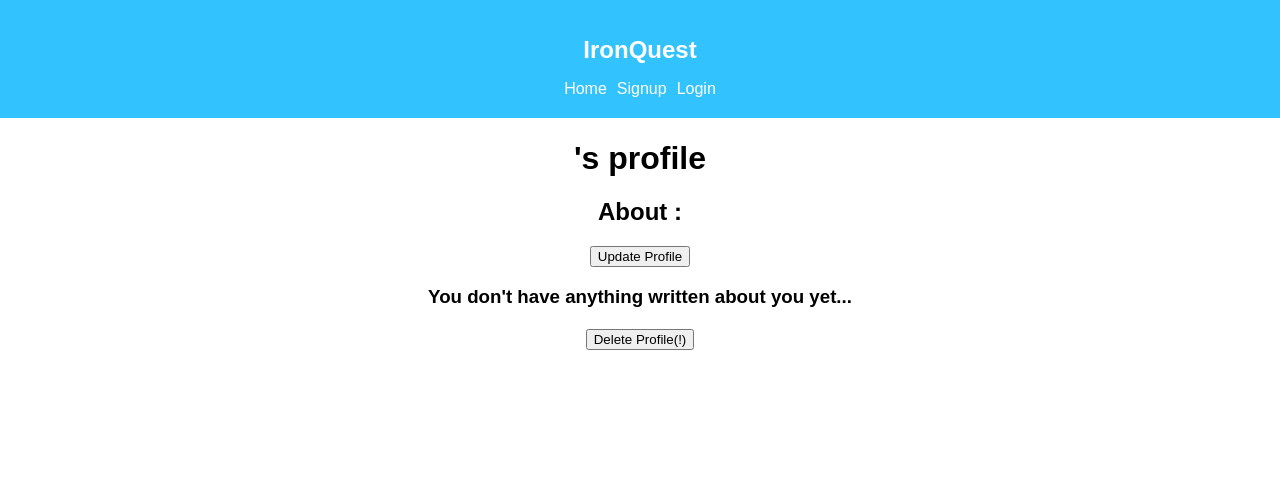
Repository: MikeTroianello/project4
Page: /profile (app in client/)
These files come from the project's save history. The page is drawn as it stood at one moment and after the next save; the edit follows.
The browser window is 1280 px wide. The pictures show the whole page.
The page's requests for data from a server got no answer. The project was rebuilt for these pictures with package versions that can differ from the ones it lists, and the page was loaded fresh each time. No one was signed in, and anything a server would have sent is missing. Also part of the build but not shown: client/src/components/pages/StoryPage.jsx, client/src/components/pages/CreateStory.jsx, client/src/components/pages/ReadStory.jsx, client/src/components/pages/Home.jsx, client/src/components/pages/Login.jsx, client/src/components/pages/Signup.jsx.

Above is the page before, as saved 2019-03-21 19:39:06.

After the next save:
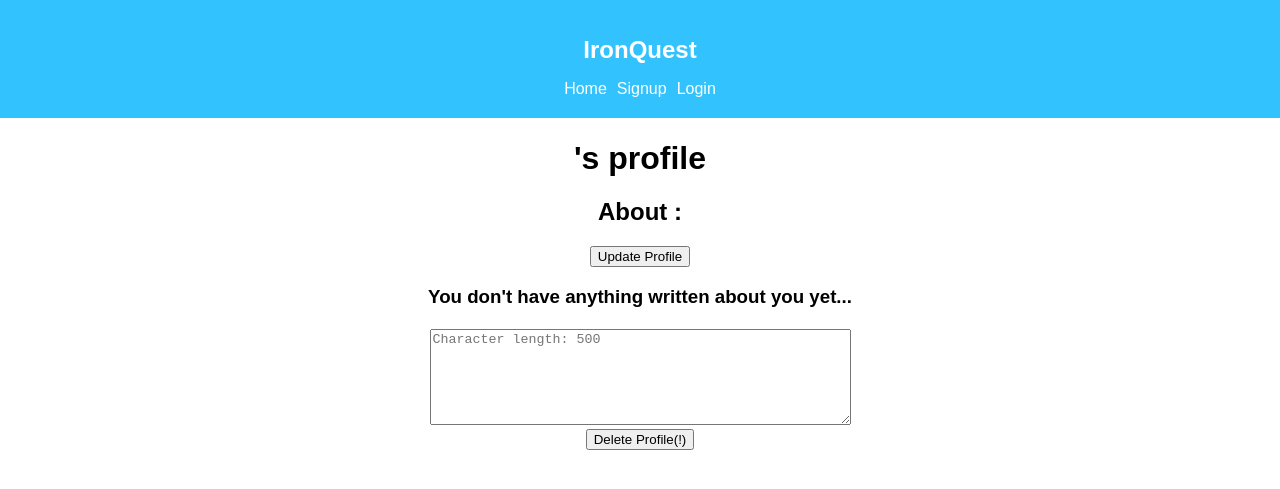
Saved 7 min 4 s later.
--- a/client/src/components/pages/Profile.jsx
+++ b/client/src/components/pages/Profile.jsx
@@ -50,7 +50,15 @@
       {!this.state.about && !this.state.update && <h3>You don't have anything written about you yet...</h3>}
       <h1>{this.state.user.about}</h1>
       <form onSubmit={(e)=>this.updateAbout()}>
-
+        <textarea
+            rows="6"
+            cols="50"
+            maxLength="500"
+            value={this.state.content}
+            name="content"
+            placeholder="Character length: 500"
+            onChange={this.handleInputChange}
+            />
       </form>
       <button onClick={(e) => this.deleteProfile()}>Delete Profile(!)</button>
       {this.state.show && <h1>DELETE PROFILE?!</h1>}

After the save that followed:
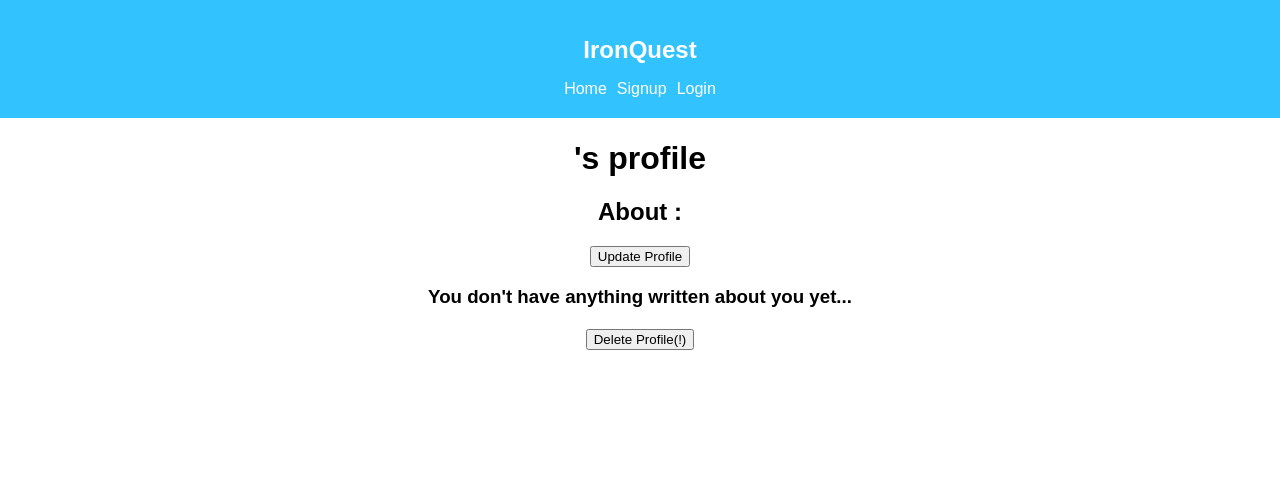
Saved 66 s later.
--- a/client/src/components/pages/Profile.jsx
+++ b/client/src/components/pages/Profile.jsx
@@ -49,17 +49,7 @@
       <button onClick={(e) => this.updateProfile()}>Update Profile</button><br></br>
       {!this.state.about && !this.state.update && <h3>You don't have anything written about you yet...</h3>}
       <h1>{this.state.user.about}</h1>
-      <form onSubmit={(e)=>this.updateAbout()}>
-        <textarea
-            rows="6"
-            cols="50"
-            maxLength="500"
-            value={this.state.content}
-            name="content"
-            placeholder="Character length: 500"
-            onChange={this.handleInputChange}
-            />
-      </form>
+
       <button onClick={(e) => this.deleteProfile()}>Delete Profile(!)</button>
       {this.state.show && <h1>DELETE PROFILE?!</h1>}
       {this.state.show && <h3>(This cannot be undone)</h3>}
